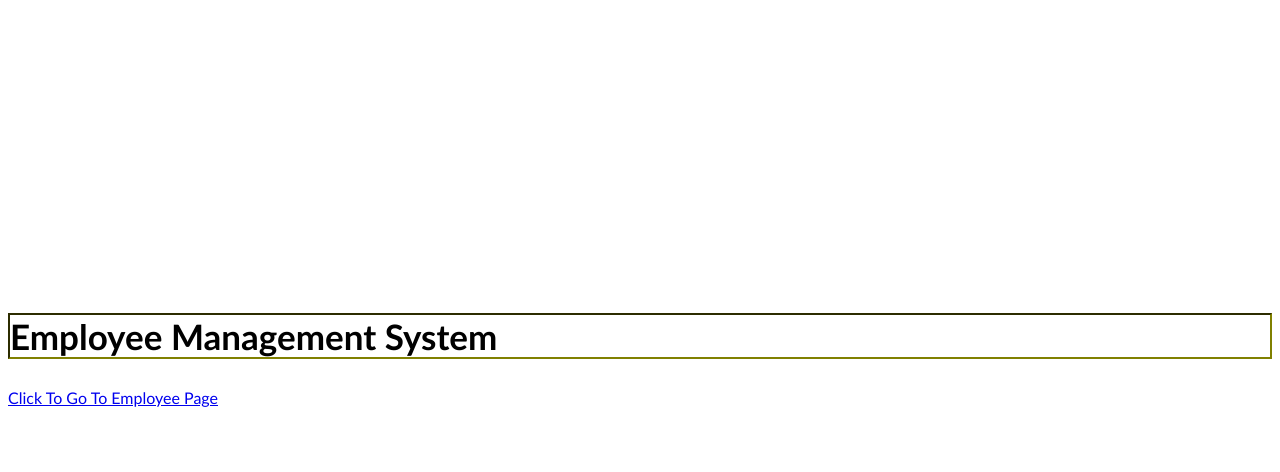
Repository: prieeyatambe/priyatambe_SpringMavenHibernate
Page: http://localhost/Project/
The author's editor kept a copy of each file at every save. The page is drawn from the files as they stood at one save, then again after the next save.
The browser window is 1280 px wide. The pictures show the whole page.
The page is served by Tomcat 9.

Above is the page before, as saved 2024-03-06 07:12:50.

After the next save:
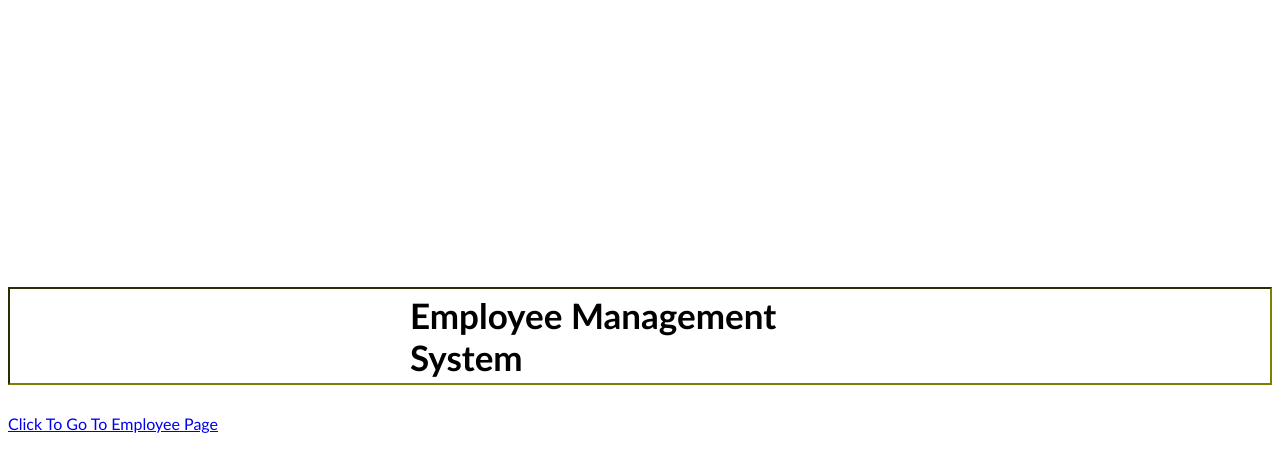
Saved 2 min 1 s later.
--- a/SpringMaven/mavenproject/Project/src/main/webapp/index.jsp
+++ b/SpringMaven/mavenproject/Project/src/main/webapp/index.jsp
@@ -8,6 +8,7 @@ h2{
 	font-size: 35px;
 	font-family: 'Trebuchet MS', 'Lucida Sans Unicode', 'Lucida Grande', 'Lucida Sans', Arial, sans-serif;
 	border: 2px olive inset;
+	padding: 5px 400px 5px 400px;
 }
 a{
     font-family: 'Trebuchet MS', 'Lucida Sans Unicode', 'Lucida Grande', 'Lucida Sans', Arial, sans-serif;
